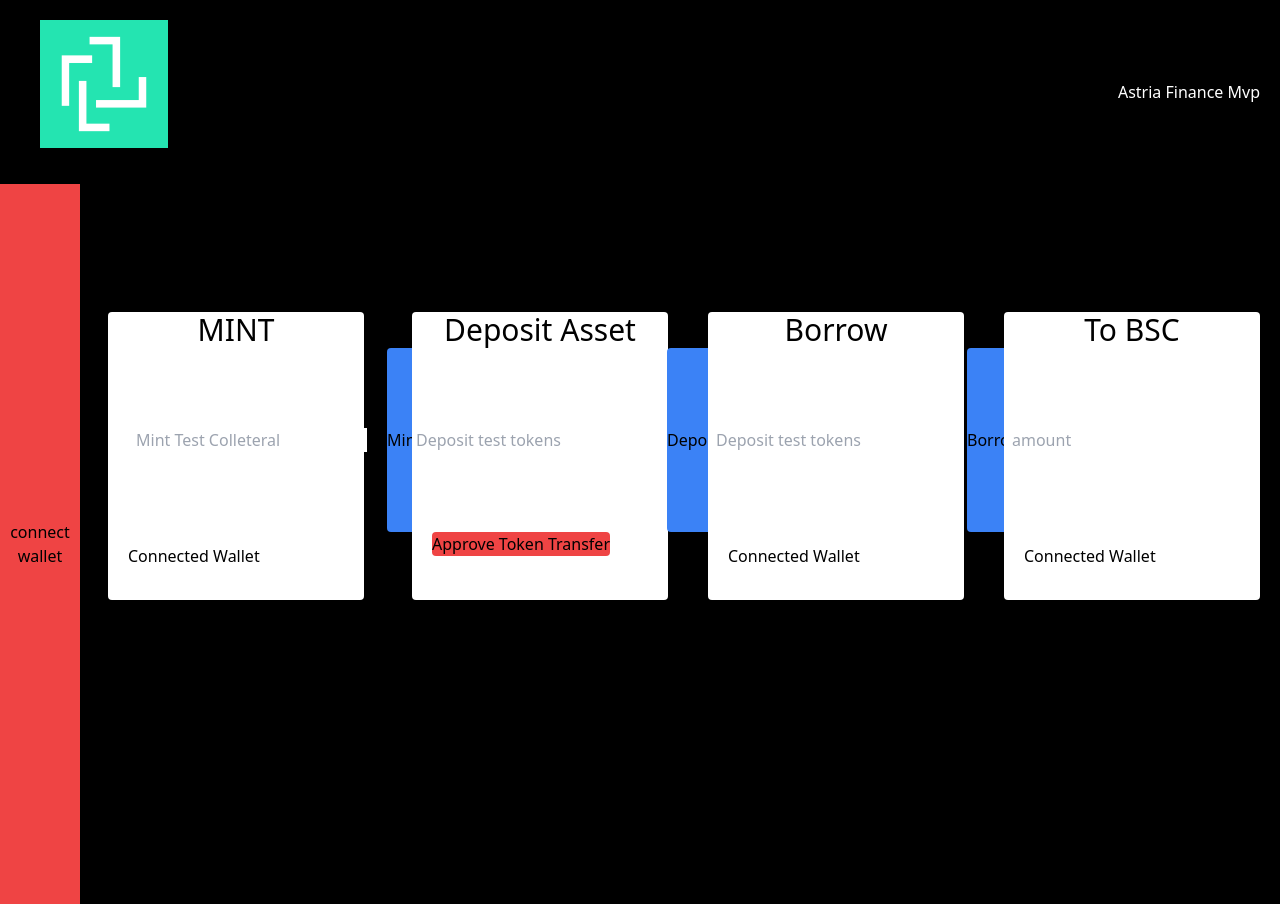
Repository: AstriaFinance/AstriaMvp
Page: /
The author's editor kept a copy of each file at every save. The page is drawn from the files as they stood at one save, then again after the next save.
The browser window is 1280 px wide. The pictures show the whole page.
The project was rebuilt for these pictures with package versions that can differ from the ones it lists, and the page was loaded fresh each time. Also part of the build but not shown: src/components/About.jsx, src/components/Shop.jsx, src/components/ErrorPage.jsx.

Above is the page before, as saved 2022-06-26 18:31:40.

### src/App.js
import {Nav, Home} from "./components"

function App() {
  return (

    <div>

      <Nav/>
      <Home/>
      </div>

  );
}

export default App;

### src/components/index.js
export{default as About} from "./About"
export{default as Nav} from "./Nav"
export{default as Shop} from "./Shop"
export {default as ErrorPage} from "./ErrorPage"
export{default as Home} from "./Home"

### src/components/Nav.jsx
import React from 'react'
import logo from "../static/astria2.jpg"
const Nav = () => {
  return (

        <nav className='bg-black flex justify-between '>
        <img src={logo} alt="" className='h-32 mt-5 mx-10' />
        <div className='text-white my-20 mx-5'>Astria Finance Mvp</div>





    </nav>



  )
}

export default Nav

### src/components/Home.jsx
import React, { useEffect, useState } from 'react'
import astriaPorta_abi from "../contracts/astriaPorta_abi.json"
import testEth_abi from "../contracts/testEth_abi"
import xap_abi from "../contracts/xap_abi.json"
import { ethers } from 'ethers'
import { shortenAddress } from './ShortenAddress'

const Home = () => {
    const contractAddress="0x1b3781eA482113695622EF6C31Fb38c4e02C95A0"
    const testEthContractAddress="0x8c5696f345827C2d5A7a2e48F815A428eCC87437"
    const xapContractAddress="0x5272c7F5eA6E5F9bb88f20B9f47Bd0f29e5921EC"
    const[conButtonText, setConButtonText]=useState("connect wallet")
    const [errorMessage, setErrorMessage]=useState(null)
    const[defaultAccount, setDefaultAccount]= useState(null)
    const[provider, setProvider]=useState(null)
    const [signer, setSigner]=useState(null)
    const [contract, setContract]=useState(null)
    const [transferHash, setTransferHah]=useState(null)
    const [depositHash, setDepositHash]=useState(null)
    const [testEthContract, setTestEthContract]=useState(null)
    const [borrowHash, setBorrowHash]=useState(null)
    const [sendHash, setSendHash]=useState(null)
    const [xapContract, setxapContract]=useState(null)

    const connectWalletHandler =()=>{
      if (window.ethereum ){
        window.ethereum.request({method:"eth_requestAccounts"})
        .then(result=>{
          accountChangedHandler(result[0])
          setConButtonText ("Wallet connected")
        })
        .catch(error=>{
          setErrorMessage(error.message)
        })
      }else{
        console.log("Install Metamask")
        setErrorMessage("Please install metamask")
      }
    }

    const accountChangedHandler=(newAddress)=>{
      setDefaultAccount(newAddress)
      updateEthers()
    }

    const updateEthers=()=>{
      let tempProvider= new ethers.providers.Web3Provider(window.ethereum)
      let tempSigner=tempProvider.getSigner()
      let tempContract= new ethers.Contract(contractAddress, astriaPorta_abi, tempSigner)
      let testEthContract=new ethers.Contract(testEthContractAddress, testEth_abi, tempSigner)
      let xapContract= new ethers.Contract(xapContractAddress, xap_abi, tempSigner)
      setProvider(tempProvider)
      setSigner(tempSigner)
      setContract(tempContract)
      setTestEthContract(testEthContract)
      setxapContract(xapContract)

    }

    const mintHandler=async (e)=>{
      e.preventDefault()
      let mintAmount=e.target.mintAmount.value

      let txn=await contract.Mint(mintAmount)
      setTransferHah(txn)

    }




    const depositHandler=async (e)=>{
      e.preventDefault()
      let depositAmount=e.target.depositAmount.value

      let depositTxn=await contract.deposit(depositAmount)
      setDepositHash(depositTxn)
    }

    const borrowHandler= async(e)=>{
      e.preventDefault()
      let borrowAmount= e.target.borrowAmount.value
      let borrowtxn=await contract.borrow(borrowAmount)
      setBorrowHash(borrowtxn)
    }

    const sendTokenHandler=async (e)=>{
      e.preventDefault()
      let messageFee = ethers.utils.parseEther('0.025');
      let tempSigner=signer.getAddress()
      let dstChainId=10002
      let to=tempSigner
      let qty =e.target.qty.value
      let zeroPaymentAddress=tempSigner
      let adapterParam="0x"
      let sendTokenTransaction= await xapContract.sendTokens( dstChainId, to, qty,zeroPaymentAddress, adapterParam,{value: ethers.utils.parseEther("0.01")} )
      setSendHash(sendTokenTransaction)
    }


    const approveTestEth=async(e)=>{
      e.preventDefault()
      await testEthContract.approve(contractAddress, ("9007199254740990"))
    }

    useEffect(()=>{
      if(contract!=null){

      }
    },[])
  return (
    <div>
    <p>{errorMessage}</p>
<div className="bg-black flex overflow-x-auto h-screen ">
<button className='bg-red-500' onClick={connectWalletHandler}>{conButtonText}</button>
<form onSubmit={mintHandler}>
 <div className="bg-white h-72 w-64 rounded my-32 mx-7">

  <div className="container flex justify-center text-3xl">MINT</div>
  <div className="flex justify-between">

    <input id="mintAmount" type="number" placeholder='Mint Test Colleteral' className='my-20 ml-7 hover:bg-red-500' />
    <button className="bg-blue-500 rounded mx-5 w-20  ">Mint</button>
  </div>
   <ul className="mx-5 my-3 flex gap-6">
     <li>Connected Wallet</li>

     <li></li>
   </ul>
 </div>
 </form>


 <div className="bg-white h-72 w-64 rounded mx-5 my-32">
 <form onSubmit={depositHandler}>
  <div class="container flex justify-center text-3xl">Deposit Asset</div>
  <div className="flex justify-between">

    <input id="depositAmount" type="text" placeholder='Deposit test tokens' className='my-20 ml-1 hover:bg-red-500' />
    <button className="bg-blue-500 rounded mx-5 w-20  ">Deposit</button>
  </div>
 </form>
 <form onSubmit={approveTestEth}>
  <button className="bg-red-500 rounded mx-5 w-50 ">Approve Token Transfer</button></form>
 </div>


 <form onSubmit={borrowHandler}>
 <div className="bg-white h-72 w-64 rounded mx-5 my-32">

  <div className="container flex justify-center text-3xl">Borrow</div>
  <div className="flex justify-between">

  <input id="borrowAmount" type="text" placeholder='Deposit test tokens' className='my-20 ml-2 rounded hover:bg-red-500' />
    <button className="bg-blue-500 rounded mx-5 w-20  ">Borrow</button>
  </div>
   <ul className="mx-5 my-3 flex gap-6">
     <li>Connected Wallet</li>
     <li></li>
   </ul>
 </div>
 </form>
 <form onSubmit={sendTokenHandler}>
 <div className="bg-white h-72 w-64 rounded mx-5 my-32">

  <div className="container flex justify-center text-3xl">To BSC</div>
  <div className="flex justify-between">
  <input id="qty" type="text" placeholder='amount' className='my-20 ml-2 rounded hover:bg-red-500' />
    <button className="bg-blue-500 rounded mx-10 w-20  ">To BSC</button>
  </div>
   <ul className="mx-5 my-3 flex gap-6">
     <li>Connected Wallet</li>
     <li></li>
   </ul>


 </div>
 </form>
 </div>

 </div>

  )
}

export default Home

### src/contracts/testEth_abi.json
[
	{
		"inputs": [],
		"stateMutability": "nonpayable",
		"type": "constructor"
	},
	{
		"anonymous": false,
		"inputs": [
			{
				"indexed": true,
				"internalType": "address",
				"name": "owner",
				"type": "address"
			},
			{
				"indexed": true,
				"internalType": "address",
				"name": "spender",
				"type": "address"
			},
			{
				"indexed": false,
				"internalType": "uint256",
				"name": "value",
				"type": "uint256"
			}
		],
		"name": "Approval",
		"type": "event"
	},
	{
		"anonymous": false,
		"inputs": [
			{
				"indexed": true,
				"internalType": "address",
				"name": "previousOwner",
				"type": "address"
			},
			{
				"indexed": true,
				"internalType": "address",
				"name": "newOwner",
				"type": "address"
			}
		],
		"name": "OwnershipTransferred",
		"type": "event"
	},
	{
		"anonymous": false,
		"inputs": [
			{
				"indexed": true,
				"internalType": "address",
				"name": "from",
				"type": "address"
			},
			{
				"indexed": true,
				"internalType": "address",
				"name": "to",
				"type": "address"
			},
			{
				"indexed": false,
				"internalType": "uint256",
				"name": "value",
				"type": "uint256"
			}
		],
		"name": "Transfer",
		"type": "event"
	},
	{
		"inputs": [
			{
				"internalType": "address",
				"name": "owner",
				"type": "address"
			},
			{
				"internalType": "address",
				"name": "spender",
				"type": "address"
			}
		],
		"name": "allowance",
		"outputs": [
			{
				"internalType": "uint256",
				"name": "",
				"type": "uint256"
			}
		],
		"stateMutability": "view",
		"type": "function"
	},
	{
		"inputs": [
			{
				"internalType": "address",
				"name": "spender",
				"type": "address"
			},
			{
				"internalType": "uint256",
				"name": "amount",
				"type": "uint256"
			}
		],
		"name": "approve",
		"outputs": [
			{
				"internalType": "bool",
				"name": "",
				"type": "bool"
			}
		],
		"stateMutability": "nonpayable",
		"type": "function"
	},
	{
		"inputs": [
			{
				"internalType": "address",
				"name": "account",
				"type": "address"
			}
		],
		"name": "balanceOf",
		"outputs": [
			{
				"internalType": "uint256",
				"name": "",
				"type": "uint256"
			}
		],
		"stateMutability": "view",
		"type": "function"
	},
	{
		"inputs": [
			{
				"internalType": "uint256",
				"name": "amount",
				"type": "uint256"
			}
		],
		"name": "burn",
		"outputs": [],
		"stateMutability": "nonpayable",
		"type": "function"
	},
	{
		"inputs": [
			{
				"internalType": "address",
				"name": "account",
				"type": "address"
			},
			{
				"internalType": "uint256",
				"name": "amount",
				"type": "uint256"
			}
		],
		"name": "burnFrom",
		"outputs": [],
		"stateMutability": "nonpayable",
		"type": "function"
	},
	{
		"inputs": [],
		"name": "decimals",
		"outputs": [
			{
				"internalType": "uint8",
				"name": "",
				"type": "uint8"
			}
		],
		"stateMutability": "view",
		"type": "function"
	},
	{
		"inputs": [
			{
				"internalType": "address",
				"name": "spender",
				"type": "address"
			},
			{
				"internalType": "uint256",
				"name": "subtractedValue",
				"type": "uint256"
			}
		],
		"name": "decreaseAllowance",
		"outputs": [
			{
				"internalType": "bool",
				"name": "",
				"type": "bool"
			}
		],
		"stateMutability": "nonpayable",
		"type": "function"
	},
	{
		"inputs": [
			{
				"internalType": "address",
				"name": "spender",
				"type": "address"
			},
			{
				"internalType": "uint256",
				"name": "addedValue",
				"type": "uint256"
			}
		],
		"name": "increaseAllowance",
		"outputs": [
			{
				"internalType": "bool",
				"name": "",
				"type": "bool"
			}
		],
		"stateMutability": "nonpayable",
		"type": "function"
	},
	{
		"inputs": [
			{
				"internalType": "address",
				"name": "to",
				"type": "address"
			},
			{
				"internalType": "uint256",
				"name": "amount",
				"type": "uint256"
			}
		],
		"name": "mint",
		"outputs": [],
		"stateMutability": "nonpayable",
		"type": "function"
	},
	{
		"inputs": [],
		"name": "name",
		"outputs": [
			{
				"internalType": "string",
				"name": "",
				"type": "string"
			}
		],
		"stateMutability": "view",
		"type": "function"
	},
	{
		"inputs": [],
		"name": "owner",
		"outputs": [
			{
				"internalType": "address",
				"name": "",
				"type": "address"
			}
		],
		"stateMutability": "view",
		"type": "function"
	},
	{
		"inputs": [],
		"name": "renounceOwnership",
		"outputs": [],
		"stateMutability": "nonpayable",
		"type": "function"
	},
	{
		"inputs": [],
		"name": "symbol",
		"outputs": [
			{
				"internalType": "string",
				"name": "",
				"type": "string"
			}
		],
		"stateMutability": "view",
		"type": "function"
	},
	{
		"inputs": [],
		"name": "totalSupply",
		"outputs": [
			{
				"internalType": "uint256",
				"name": "",
				"type": "uint256"
			}
		],
		"stateMutability": "view",
		"type": "function"
	},
	{
		"inputs": [
			{
				"internalType": "address",
				"name": "to",
				"type": "address"
			},
			{
				"internalType": "uint256",
				"name": "amount",
				"type": "uint256"
			}
		],
		"name": "transfer",
		"outputs": [
			{
				"internalType": "bool",
				"name": "",
				"type": "bool"
			}
		],
		"stateMutability": "nonpayable",
		"type": "function"
	},
	{
		"inputs": [
			{
				"internalType": "address",
				"name": "from",
				"type": "address"
			},
			{
				"internalType": "address",
				"name": "to",
				"type": "address"
			},
			{
				"internalType": "uint256",
				"name": "amount",
				"type": "uint256"
			}
		],
		"name": "transferFrom",
		"outputs": [
			{
				"internalType": "bool",
				"name": "",
				"type": "bool"
			}
		],
		"stateMutability": "nonpayable",
		"type": "function"
	},
	{
		"inputs": [
			{
				"internalType": "address",
				"name": "newOwner",
				"type": "address"
			}
		],
		"name": "transferOwnership",
		"outputs": [],
		"stateMutability": "nonpayable",
		"type": "function"
	}
]

Loaded but not shown: public/index.html (common file); src/index.js (common file); src/index.css (common file); src/reportWebVitals.js (common file); src/components/ShortenAddress.js (common file); tailwind.config.js (common file); src/contracts/xap_abi.json (735 lines, source omitted); src/contracts/astriaPorta_abi.json (408 lines, source omitted)

After the next save:
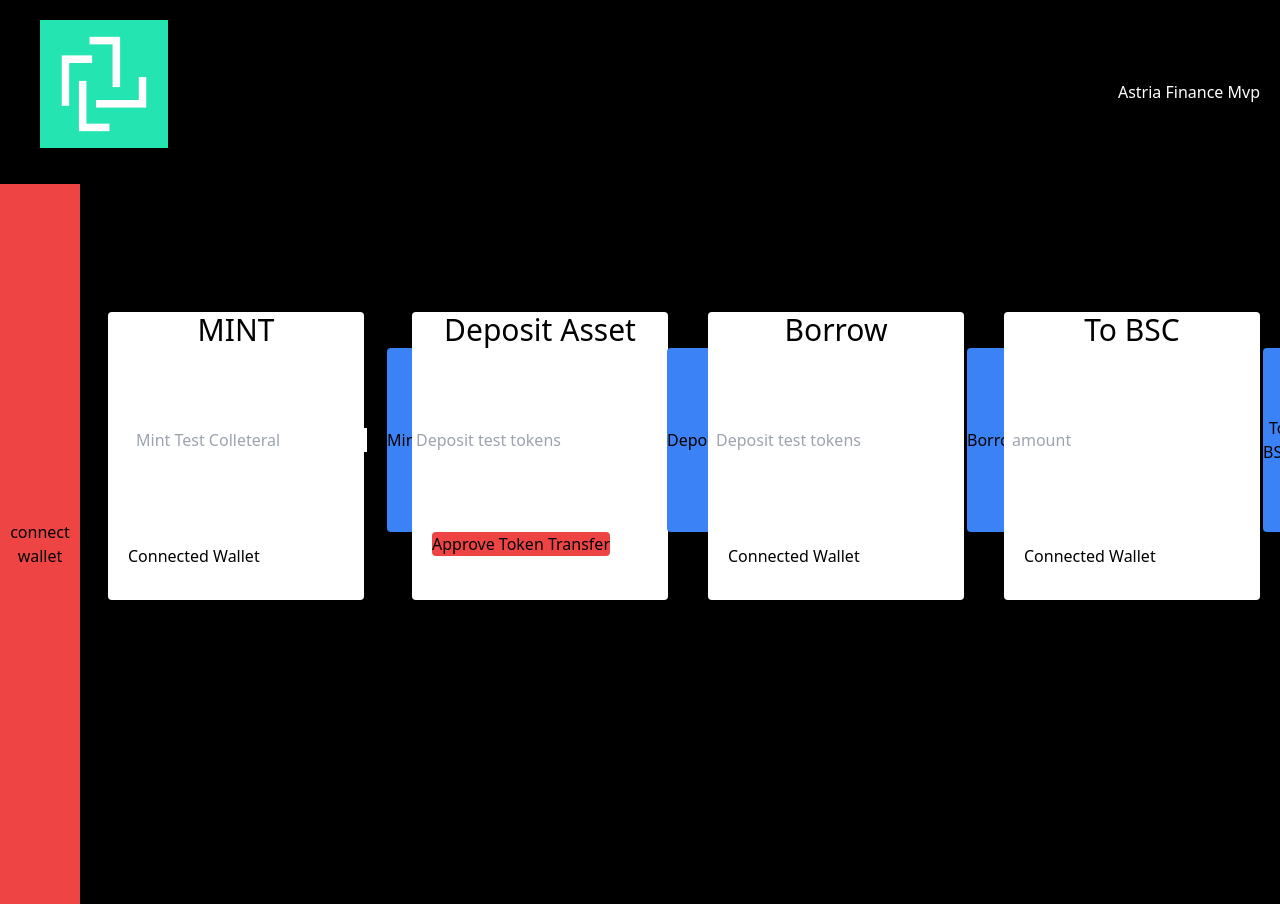
Saved 83 s later.
--- a/src/components/Home.jsx
+++ b/src/components/Home.jsx
@@ -166,7 +166,7 @@
   <div className="container flex justify-center text-3xl">To BSC</div>
   <div className="flex justify-between">
   <input id="qty" type="text" placeholder='amount' className='my-20 ml-2 rounded hover:bg-red-500' />
-    <button className="bg-blue-500 rounded mx-10 w-20  ">To BSC</button>
+    <button className="bg-blue-500 rounded mx-5 w-30  ">To BSC</button>
   </div>
    <ul className="mx-5 my-3 flex gap-6">
      <li>Connected Wallet</li>

After the 3 saves that followed:
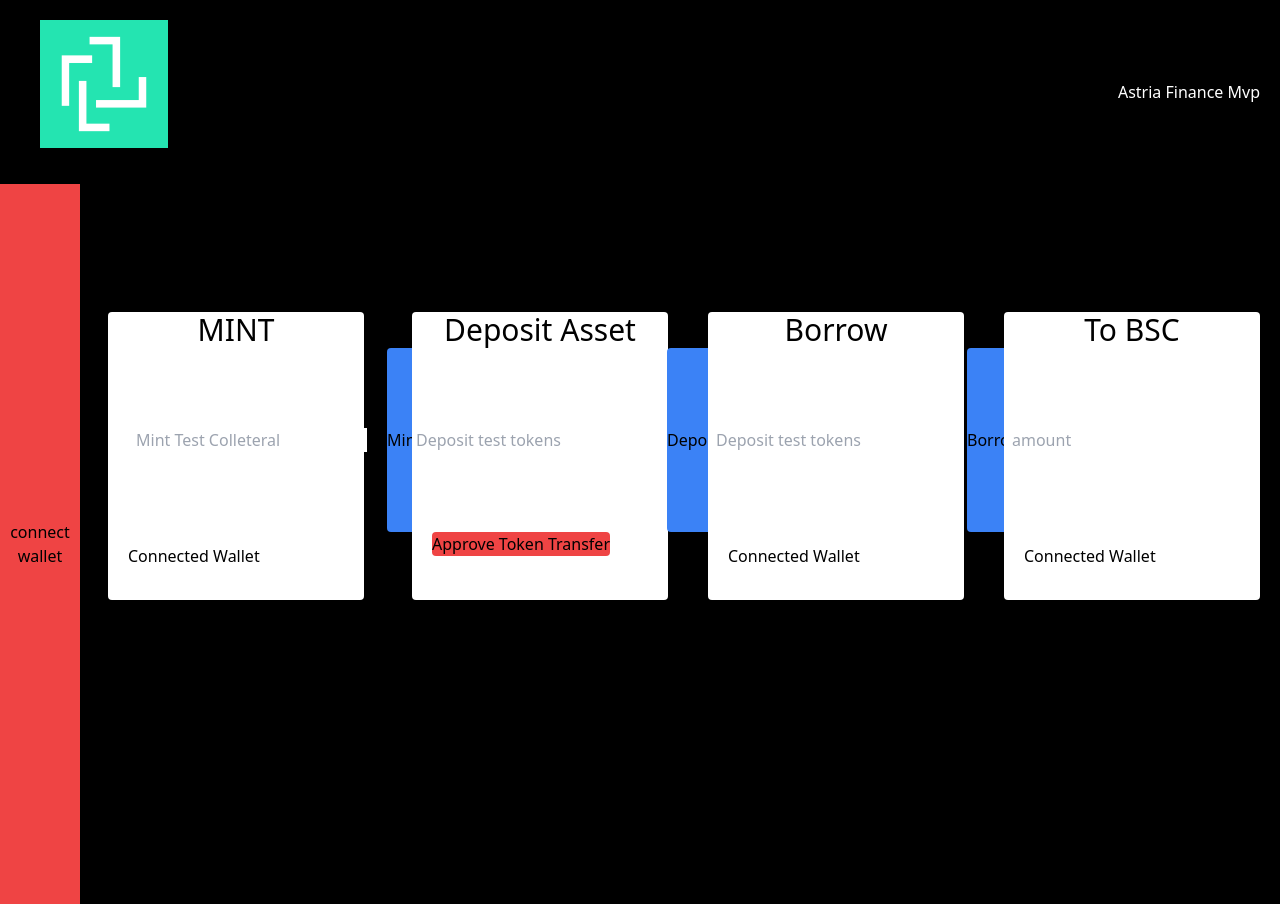
The 3 saves are shown as one change because 2 left the picture as it was.
The last was saved 32 s later.
--- a/src/components/Home.jsx
+++ b/src/components/Home.jsx
@@ -166,7 +166,7 @@
   <div className="container flex justify-center text-3xl">To BSC</div>
   <div className="flex justify-between">
   <input id="qty" type="text" placeholder='amount' className='my-20 ml-2 rounded hover:bg-red-500' />
-    <button className="bg-blue-500 rounded mx-5 w-30  ">To BSC</button>
+    <button className="bg-blue-500 rounded mx-10 w-20  ">To BSC</button>
   </div>
    <ul className="mx-5 my-3 flex gap-6">
      <li>Connected Wallet</li>
